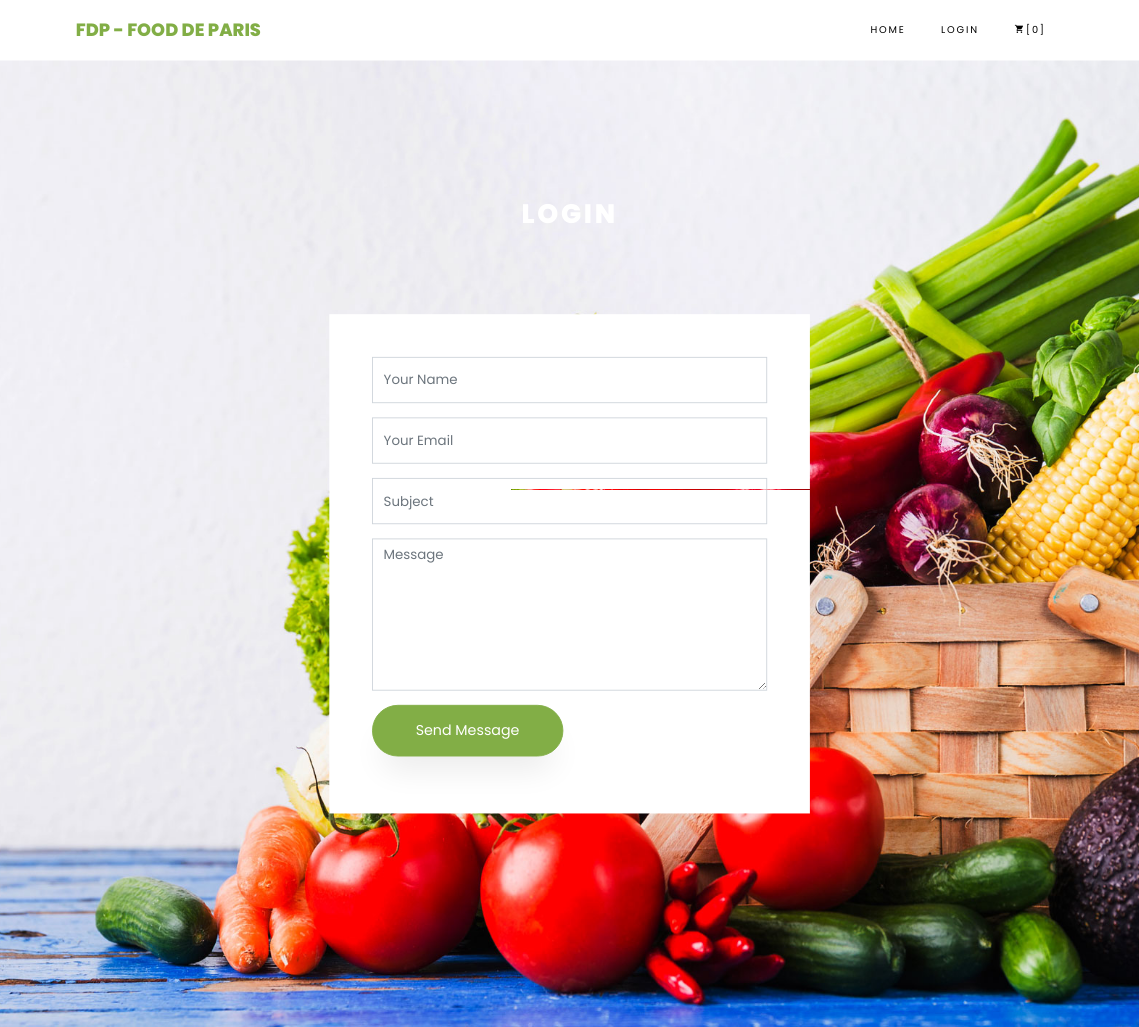
Repository: MacCampers/java-stuff
Page: workspaceJSP/projetRestaurant/WebContent/login.html
An editor plug-in stored every save of this project. The page is shown before and after the next save, followed by the edit.
The browser window is 1280 px wide. The pictures show the whole page, at 89% of full size.
Some web fonts or font styles are not loaded; a fallback is used.

Above is the page before, as saved 2020-02-07 14:13:04.

### workspaceJSP/projetRestaurant/WebContent/login.html
<!DOCTYPE html>
<html lang="en">
<head>
<title>FDP - Food De Paris</title>
<meta charset="utf-8">
<meta name="viewport"
	content="width=device-width, initial-scale=1, shrink-to-fit=no">
<link
	href="https://fonts.googleapis.com/css?family=Poppins:200,300,400,500,600,700,800&display=swap"
	rel="stylesheet">
<link
	href="https://fonts.googleapis.com/css?family=Lora:400,400i,700,700i&display=swap"
	rel="stylesheet">
<link
	href="https://fonts.googleapis.com/css?family=Amatic+SC:400,700&display=swap"
	rel="stylesheet">
<link rel="stylesheet" href="css/open-iconic-bootstrap.min.css">
<link rel="stylesheet" href="css/animate.css">
<link rel="stylesheet" href="css/owl.carousel.min.css">
<link rel="stylesheet" href="css/owl.theme.default.min.css">
<link rel="stylesheet" href="css/magnific-popup.css">
<link rel="stylesheet" href="css/aos.css">
<link rel="stylesheet" href="css/ionicons.min.css">
<link rel="stylesheet" href="css/bootstrap-datepicker.css">
<link rel="stylesheet" href="css/jquery.timepicker.css">
<link rel="stylesheet" href="css/flaticon.css">
<link rel="stylesheet" href="css/icomoon.css">
<link rel="stylesheet" href="css/style.css">
</head>
<body class="goto-here">

	<nav
		class="navbar navbar-expand-lg navbar-dark ftco_navbar bg-dark ftco-navbar-light"
		id="ftco-navbar">
		<div class="container">
			<a class="navbar-brand" href="index.html">FDP - Food De Paris</a>
			<button class="navbar-toggler" type="button" data-toggle="collapse"
				data-target="#ftco-nav" aria-controls="ftco-nav"
				aria-expanded="false" aria-label="Toggle navigation">
				<span class="oi oi-menu"></span> Menu
			</button>

			<div class="collapse navbar-collapse" id="ftco-nav">
				<ul class="navbar-nav ml-auto">
					<li class="nav-item active"><a href="index.html"
						class="nav-link">Home</a></li>
					<li class="nav-item active"><a href="login.html"
						class="nav-link">Login</a></li>

					<li class="nav-item cta cta-colored"><a href="cart.html"
						class="nav-link"><span class="icon-shopping_cart"></span>[0]</a></li>

				</ul>
			</div>
		</div>
	</nav>
	<!-- END nav -->

	<div class="hero-wrap hero-bread"
		style="background-image: url('images/bg_1.jpg');">
		<div class="container">
			<div
				class="row no-gutters slider-text align-items-center justify-content-center">
				<div class="col-md-9 ftco-animate text-center">
					<h1 class="mb-0 bread">Login</h1>
				</div>
			</div>
		</div>

	<section class="ftco-section contact-section">
		<div class="container">


			<div class="row block-9">
				<div class="col-md-3 order-md-last d-flex empty">
				</div>
							<div class="col-md-6 order-md-last d-flex">
					<form action="#" class="bg-white p-5 contact-form">
						<div class="form-group">
							<input type="text" class="form-control" placeholder="Your Name">
						</div>
						<div class="form-group">
							<input type="text" class="form-control" placeholder="Your Email">
						</div>
						<div class="form-group">
							<input type="text" class="form-control" placeholder="Subject">
						</div>
						<div class="form-group">
							<textarea name="" id="" cols="30" rows="7" class="form-control"
								placeholder="Message"></textarea>
						</div>
						<div class="form-group">
							<input type="submit" value="Send Message"
								class="btn btn-primary py-3 px-5">
						</div>
					</form>

				</div>
			</div>
		</div>
	</section>


	</div>
	<!-- loader -->
	<div id="ftco-loader" class="show fullscreen">
		<svg class="circular" width="48px" height="48px">
			<circle class="path-bg" cx="24" cy="24" r="22" fill="none"
				stroke-width="4" stroke="#eeeeee" />
			<circle class="path" cx="24" cy="24" r="22" fill="none"
				stroke-width="4" stroke-miterlimit="10" stroke="#F96D00" /></svg>
	</div>


	<script src="js/jquery.min.js"></script>
	<script src="js/jquery-migrate-3.0.1.min.js"></script>
	<script src="js/popper.min.js"></script>
	<script src="js/bootstrap.min.js"></script>
	<script src="js/jquery.easing.1.3.js"></script>
	<script src="js/jquery.waypoints.min.js"></script>
	<script src="js/jquery.stellar.min.js"></script>
	<script src="js/owl.carousel.min.js"></script>
	<script src="js/jquery.magnific-popup.min.js"></script>
	<script src="js/aos.js"></script>
	<script src="js/jquery.animateNumber.min.js"></script>
	<script src="js/bootstrap-datepicker.js"></script>
	<script src="js/scrollax.min.js"></script>
	<script src="js/main.js"></script>

</body>
</html>

### workspaceJSP/projetRestaurant/WebContent/js/main.js
 AOS.init({
 	duration: 800,
 	easing: 'slide'
 });

(function($) {

	"use strict";

	var isMobile = {
		Android: function() {
			return navigator.userAgent.match(/Android/i);
		},
			BlackBerry: function() {
			return navigator.userAgent.match(/BlackBerry/i);
		},
			iOS: function() {
			return navigator.userAgent.match(/iPhone|iPad|iPod/i);
		},
			Opera: function() {
			return navigator.userAgent.match(/Opera Mini/i);
		},
			Windows: function() {
			return navigator.userAgent.match(/IEMobile/i);
		},
			any: function() {
			return (isMobile.Android() || isMobile.BlackBerry() || isMobile.iOS() || isMobile.Opera() || isMobile.Windows());
		}
	};


	$(window).stellar({
    responsive: true,
    parallaxBackgrounds: true,
    parallaxElements: true,
    horizontalScrolling: false,
    hideDistantElements: false,
    scrollProperty: 'scroll'
  });


	var fullHeight = function() {

		$('.js-fullheight').css('height', $(window).height());
		$(window).resize(function(){
			$('.js-fullheight').css('height', $(window).height());
		});

	};
	fullHeight();

	// loader
	var loader = function() {
		setTimeout(function() {
			if($('#ftco-loader').length > 0) {
				$('#ftco-loader').removeClass('show');
			}
		}, 1);
	};
	loader();

	// Scrollax
   $.Scrollax();

	var carousel = function() {
		$('.home-slider').owlCarousel({
	    loop:true,
	    autoplay: true,
	    margin:0,
	    animateOut: 'fadeOut',
	    animateIn: 'fadeIn',
	    nav:false,
	    autoplayHoverPause: false,
	    items: 1,
	    navText : ["<span class='ion-md-arrow-back'></span>","<span class='ion-chevron-right'></span>"],
	    responsive:{
	      0:{
	        items:1
	      },
	      600:{
	        items:1
	      },
	      1000:{
	        items:1
	      }
	    }
		});

		$('.carousel-testimony').owlCarousel({
			center: true,
			loop: true,
			items:1,
			margin: 30,
			stagePadding: 0,
			nav: false,
			navText: ['<span class="ion-ios-arrow-back">', '<span class="ion-ios-arrow-forward">'],
			responsive:{
				0:{
					items: 1
				},
				600:{
					items: 3
				},
				1000:{
					items: 3
				}
			}
		});

	};
	carousel();

	$('nav .dropdown').hover(function(){
		var $this = $(this);
		// 	 timer;
		// clearTimeout(timer);
		$this.addClass('show');
		$this.find('> a').attr('aria-expanded', true);
		// $this.find('.dropdown-menu').addClass('animated-fast fadeInUp show');
		$this.find('.dropdown-menu').addClass('show');
	}, function(){
		var $this = $(this);
			// timer;
		// timer = setTimeout(function(){
			$this.removeClass('show');
			$this.find('> a').attr('aria-expanded', false);
			// $this.find('.dropdown-menu').removeClass('animated-fast fadeInUp show');
			$this.find('.dropdown-menu').removeClass('show');
		// }, 100);
	});


	$('#dropdown04').on('show.bs.dropdown', function () {
	  console.log('show');
	});

	// scroll
	var scrollWindow = function() {
		$(window).scroll(function(){
			var $w = $(this),
					st = $w.scrollTop(),
					navbar = $('.ftco_navbar'),
					sd = $('.js-scroll-wrap');

			if (st > 150) {
				if ( !navbar.hasClass('scrolled') ) {
					navbar.addClass('scrolled');
				}
			}
			if (st < 150) {
				if ( navbar.hasClass('scrolled') ) {
					navbar.removeClass('scrolled sleep');
				}
			}
			if ( st > 350 ) {
				if ( !navbar.hasClass('awake') ) {
					navbar.addClass('awake');
				}

				if(sd.length > 0) {
					sd.addClass('sleep');
				}
			}
			if ( st < 350 ) {
				if ( navbar.hasClass('awake') ) {
					navbar.removeClass('awake');
					navbar.addClass('sleep');
				}
				if(sd.length > 0) {
					sd.removeClass('sleep');
				}
			}
		});
	};
	scrollWindow();


	var counter = function() {

		$('#section-counter').waypoint( function( direction ) {

			if( direction === 'down' && !$(this.element).hasClass('ftco-animated') ) {

				var comma_separator_number_step = $.animateNumber.numberStepFactories.separator(',')
				$('.number').each(function(){
					var $this = $(this),
						num = $this.data('number');
						console.log(num);
					$this.animateNumber(
					  {
					    number: num,
					    numberStep: comma_separator_number_step
					  }, 7000
					);
				});

			}

		} , { offset: '95%' } );

	}
	counter();

	var contentWayPoint = function() {
		var i = 0;
		$('.ftco-animate').waypoint( function( direction ) {

			if( direction === 'down' && !$(this.element).hasClass('ftco-animated') ) {

				i++;

				$(this.element).addClass('item-animate');
				setTimeout(function(){

					$('body .ftco-animate.item-animate').each(function(k){
						var el = $(this);
						setTimeout( function () {
							var effect = el.data('animate-effect');
							if ( effect === 'fadeIn') {
								el.addClass('fadeIn ftco-animated');
							} else if ( effect === 'fadeInLeft') {
								el.addClass('fadeInLeft ftco-animated');
							} else if ( effect === 'fadeInRight') {
								el.addClass('fadeInRight ftco-animated');
							} else {
								el.addClass('fadeInUp ftco-animated');
							}
							el.removeClass('item-animate');
						},  k * 50, 'easeInOutExpo' );
					});

				}, 100);

			}

		} , { offset: '95%' } );
	};
	contentWayPoint();


	// navigation
	var OnePageNav = function() {
		$(".smoothscroll[href^='#'], #ftco-nav ul li a[href^='#']").on('click', function(e) {
		 	e.preventDefault();

		 	var hash = this.hash,
		 			navToggler = $('.navbar-toggler');
		 	$('html, body').animate({
		    scrollTop: $(hash).offset().top
		  }, 700, 'easeInOutExpo', function(){
		    window.location.hash = hash;
		  });


		  if ( navToggler.is(':visible') ) {
		  	navToggler.click();
		  }
		});
		$('body').on('activate.bs.scrollspy', function () {
		  console.log('nice');
		})
	};
	OnePageNav();


	// magnific popup
	$('.image-popup').magnificPopup({
    type: 'image',
    closeOnContentClick: true,
    closeBtnInside: false,
    fixedContentPos: true,
    mainClass: 'mfp-no-margins mfp-with-zoom', // class to remove default margin from left and right side
     gallery: {
      enabled: true,
      navigateByImgClick: true,
      preload: [0,1] // Will preload 0 - before current, and 1 after the current image
    },
    image: {
      verticalFit: true
    },
    zoom: {
      enabled: true,
      duration: 300 // don't foget to change the duration also in CSS
    }
  });

  $('.popup-youtube, .popup-vimeo, .popup-gmaps').magnificPopup({
    disableOn: 700,
    type: 'iframe',
    mainClass: 'mfp-fade',
    removalDelay: 160,
    preloader: false,

    fixedContentPos: false
  });



	var goHere = function() {

		$('.mouse-icon').on('click', function(event){

			event.preventDefault();

			$('html,body').animate({
				scrollTop: $('.goto-here').offset().top
			}, 500, 'easeInOutExpo');

			return false;
		});
	};
	goHere();


	function makeTimer() {

		var endTime = new Date("21 December 2019 9:56:00 GMT+01:00");
		endTime = (Date.parse(endTime) / 1000);

		var now = new Date();
		now = (Date.parse(now) / 1000);

		var timeLeft = endTime - now;

		var days = Math.floor(timeLeft / 86400);
		var hours = Math.floor((timeLeft - (days * 86400)) / 3600);
		var minutes = Math.floor((timeLeft - (days * 86400) - (hours * 3600 )) / 60);
		var seconds = Math.floor((timeLeft - (days * 86400) - (hours * 3600) - (minutes * 60)));

		if (hours < "10") { hours = "0" + hours; }
		if (minutes < "10") { minutes = "0" + minutes; }
		if (seconds < "10") { seconds = "0" + seconds; }

		$("#days").html(days + "<span>Days</span>");
		$("#hours").html(hours + "<span>Hours</span>");
		$("#minutes").html(minutes + "<span>Minutes</span>");
		$("#seconds").html(seconds + "<span>Seconds</span>");

}

setInterval(function() { makeTimer(); }, 1000);



})(jQuery);

Loaded but not shown: workspaceJSP/projetRestaurant/WebContent/css/open-iconic-bootstrap.min.css (library); workspaceJSP/projetRestaurant/WebContent/css/animate.css (library); workspaceJSP/projetRestaurant/WebContent/css/owl.carousel.min.css (library); workspaceJSP/projetRestaurant/WebContent/css/owl.theme.default.min.css (common file); workspaceJSP/projetRestaurant/WebContent/css/magnific-popup.css (library); workspaceJSP/projetRestaurant/WebContent/css/aos.css (library); workspaceJSP/projetRestaurant/WebContent/css/ionicons.min.css (library); workspaceJSP/projetRestaurant/WebContent/css/bootstrap-datepicker.css (library); workspaceJSP/projetRestaurant/WebContent/css/jquery.timepicker.css (common file); workspaceJSP/projetRestaurant/WebContent/css/flaticon.css (common file); workspaceJSP/projetRestaurant/WebContent/css/icomoon.css (common file); workspaceJSP/projetRestaurant/WebContent/css/style.css (library); workspaceJSP/projetRestaurant/WebContent/js/jquery.min.js (library); workspaceJSP/projetRestaurant/WebContent/js/jquery-migrate-3.0.1.min.js (library); workspaceJSP/projetRestaurant/WebContent/js/popper.min.js (library); workspaceJSP/projetRestaurant/WebContent/js/bootstrap.min.js (library); workspaceJSP/projetRestaurant/WebContent/js/jquery.easing.1.3.js (library); workspaceJSP/projetRestaurant/WebContent/js/jquery.waypoints.min.js (library); workspaceJSP/projetRestaurant/WebContent/js/jquery.stellar.min.js (library); workspaceJSP/projetRestaurant/WebContent/js/owl.carousel.min.js (library); workspaceJSP/projetRestaurant/WebContent/js/jquery.magnific-popup.min.js (library); workspaceJSP/projetRestaurant/WebContent/js/aos.js (library); workspaceJSP/projetRestaurant/WebContent/js/jquery.animateNumber.min.js (common file); workspaceJSP/projetRestaurant/WebContent/js/bootstrap-datepicker.js (library); workspaceJSP/projetRestaurant/WebContent/js/scrollax.min.js (library)

After the next save:
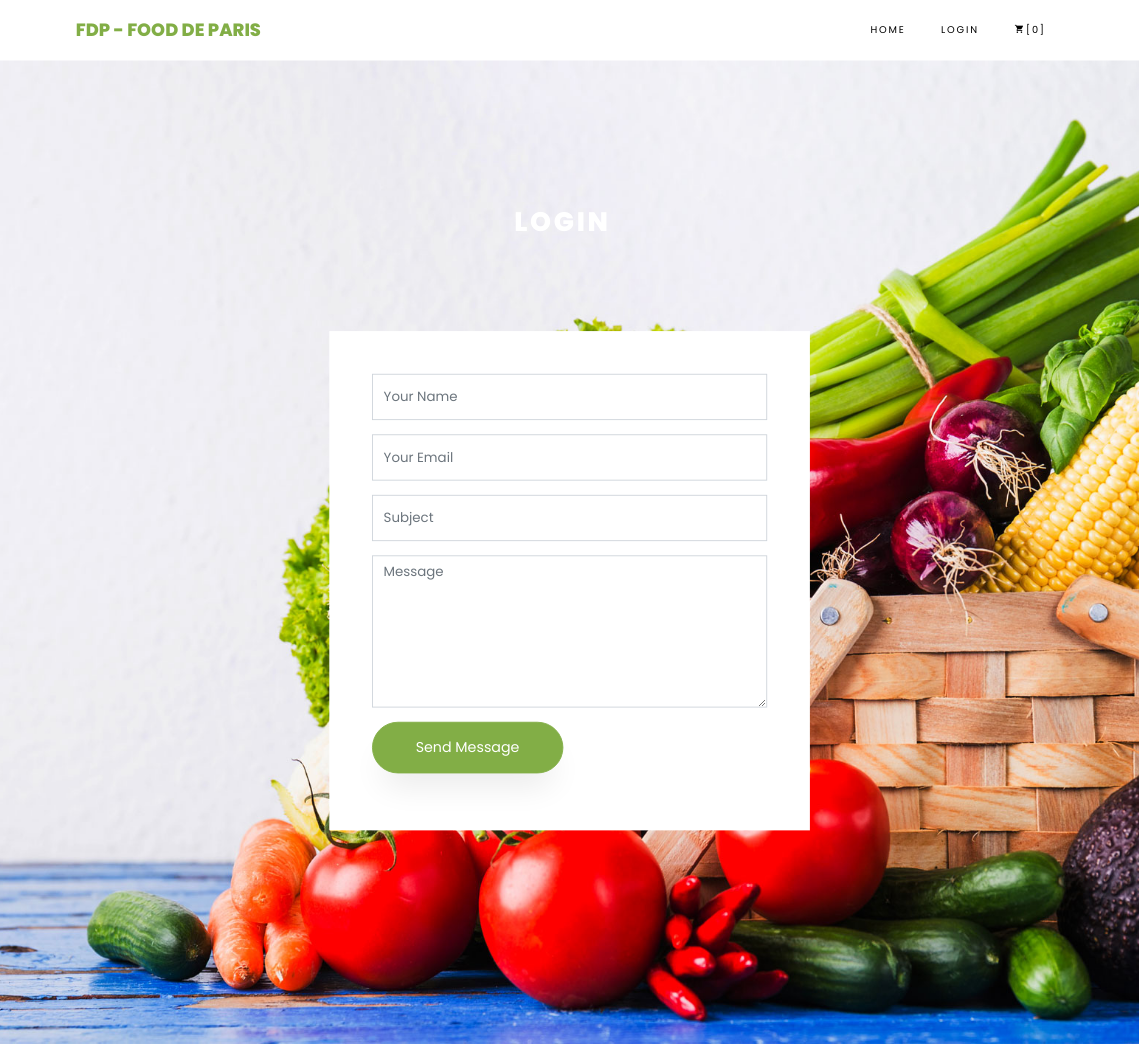
Saved 55 s later.
--- a/workspaceJSP/projetRestaurant/WebContent/login.html
+++ b/workspaceJSP/projetRestaurant/WebContent/login.html
@@ -62,7 +62,7 @@
 			<div
 				class="row no-gutters slider-text align-items-center justify-content-center">
 				<div class="col-md-9 ftco-animate text-center">
-					<h1 class="mb-0 bread">Login</h1>
+					<h1 class="mb-0 bread navbar-brand">Login</h1>
 				</div>
 			</div>
 		</div>

After the save that followed:
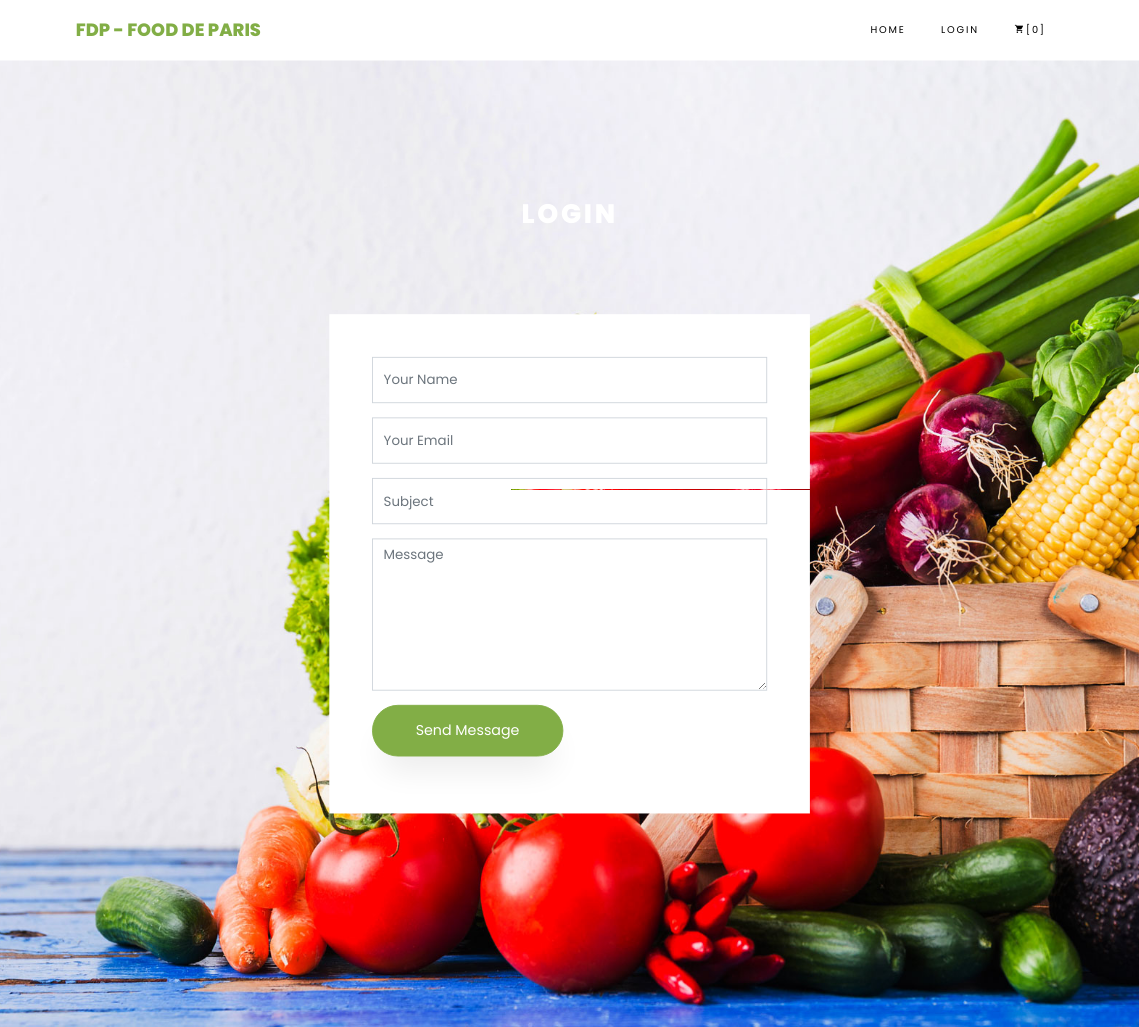
Saved 25 s later.
--- a/workspaceJSP/projetRestaurant/WebContent/login.html
+++ b/workspaceJSP/projetRestaurant/WebContent/login.html
@@ -62,7 +62,7 @@
 			<div
 				class="row no-gutters slider-text align-items-center justify-content-center">
 				<div class="col-md-9 ftco-animate text-center">
-					<h1 class="mb-0 bread navbar-brand">Login</h1>
+					<h1 class="mb-0 bread green">Login</h1>
 				</div>
 			</div>
 		</div>
